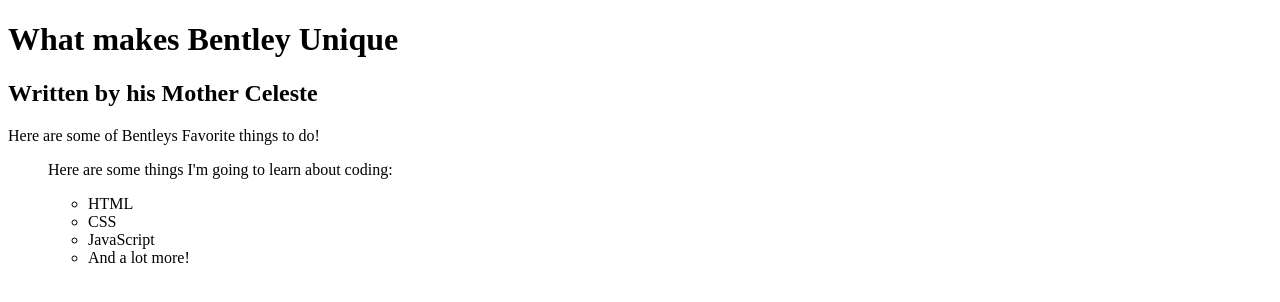
Repository: fieldceleste/bentley-boy
Page: bentley-boy.html
The author's editor kept a copy of each file at every save. The page is drawn from the files as they stood at one save, then again after the next save.
The browser window is 1280 px wide. The pictures show the whole page.

Above is the page before, as saved 2019-10-22 21:57:52.

After the next save:
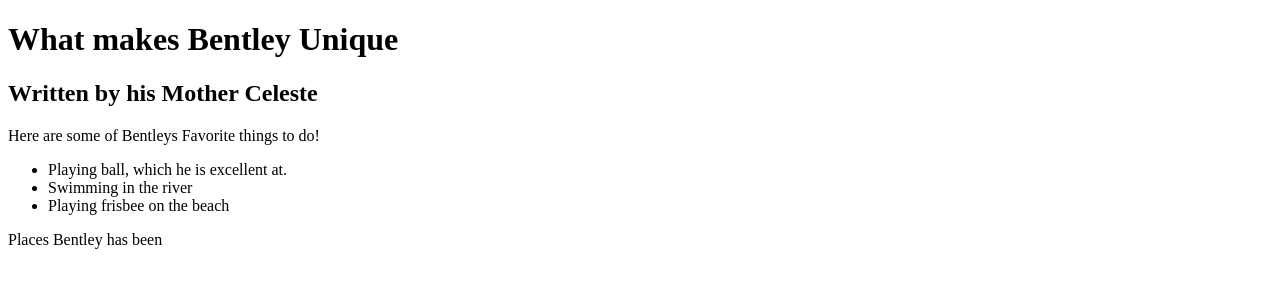
Saved 9 min 0 s later.
--- a/bentley-boy.html
+++ b/bentley-boy.html
@@ -8,14 +8,14 @@
     <h2>Written by his Mother Celeste</h2>
     <p>Here are some of Bentleys Favorite things to do!</p>
     <ul>
+      <li>Playing ball, which he is excellent at.</li>
+      <li>Swimming in the river</li>
+      <li>Playing frisbee on the beach</li>
+    </ul>
+    <p>Places Bentley has been</p>
 
 
-    <p>Here are some things I'm going to learn about coding:</p>
-    <ul>
-      <li>HTML</li>
-      <li>CSS</li>
-      <li>JavaScript</li>
-      <li>And a lot more!</li>
-    </ul>
+
+
   </body>
 </html>
